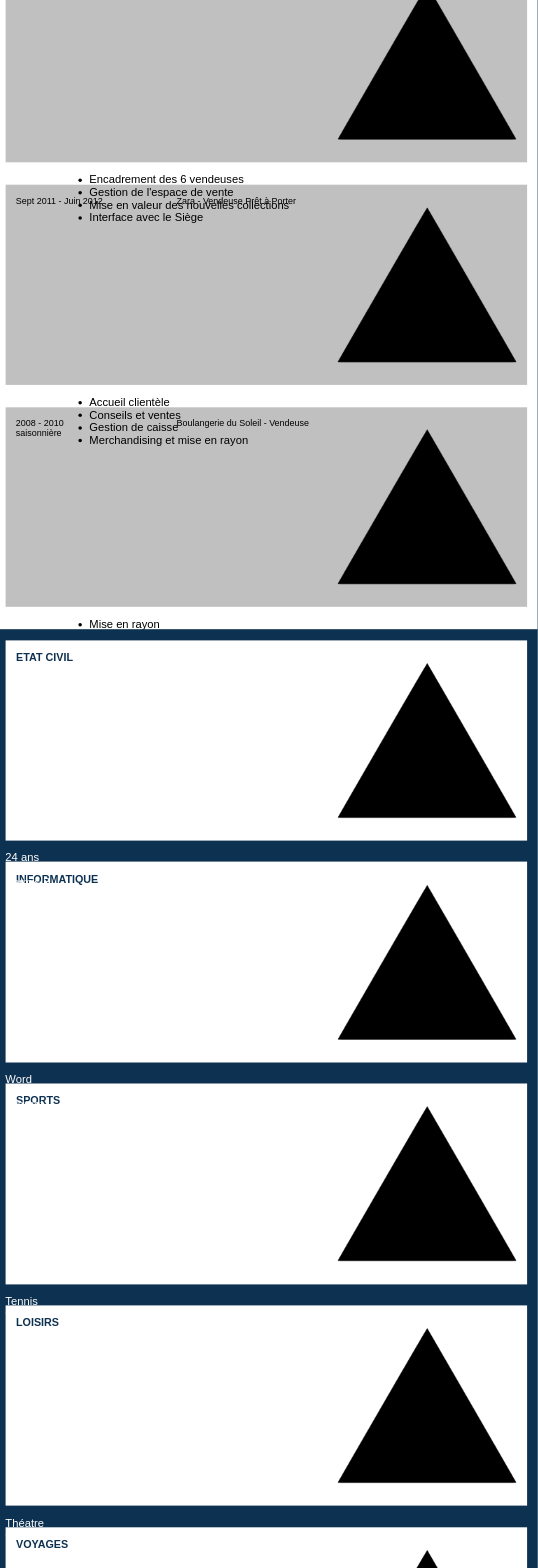
Repository: evalwebmeteofullstack/Gestion_meteo
Page: Notes/Exercices/static/ExoCV/CV.html
An editor plug-in stored every save of this project. The page is shown before and after the next save, followed by the edit.
The browser window is 768 px wide. The pictures show the part of the page from y = 467 to 2707 px (the page is 2987 px tall), at 70% of full size.

Above is the page before, as saved 2019-01-29 16:13:32.

### Notes/Exercices/static/ExoCV/CV.html
<!DOCTYPE html5>
<link rel="stylesheet" type="text/css" type="text/css"
	href="StyleCV.css" />
<meta charset="ISO-8859-1">
<meta name="viewport"
	content="user-scalable=no,initial-scale=1, minimum-scale=1, maximum-scale=1, width=device-width">
<html lang="fr">
<head>
<title>CV Alexandra Billu</title>
</head>
<body>
	<!-- *********************************************************************************** -->
	<!-- 								PREMIERE DIV 										-->
	<!-- *********************************************************************************** -->
	<header id="titre">
		<h1>Responsable Point de Vente Prêt à Porter</h1>
	</header>
	<!-- *********************************************************************************** -->
	<!-- 								DEUXIEME DIV 										-->
	<!-- *********************************************************************************** -->
	<div id="divID">
		<header id="imgObe">
			<img src="../Images/obelix-little.gif" />
		</header>
		<article>
			<header>
				<h2>Obelix POTTER</h2>
			</header>
			<p>12, rue Saint-Rome - 31000 Toulouse</p>
			<p>05 61 06 06 06</p>
			<p>06 62 43 56 12</p>
			<p>alex21.billu@gmail.com</p>
		</article>
	</div>
	<!-- *********************************************************************************** -->
	<!-- 								TROISIEME DIV 										-->
	<!-- *********************************************************************************** -->
	<div id="divPro">
		<!-- *********************************************************************************** -->
		<!-- 								SECTION 1 										-->
		<!-- *********************************************************************************** -->
		<section>
			<header>
				<h2>FORMATION</h2>
			</header>
			<article>
				<header>
					<span>Sept 2012 - Juin 2014</span> <span><b>BTS Commerce</b></span>
				</header>
				<p>En alternance à Toulouse</p>
			</article>
			<br />
			<article>
				<header>
					<span>Sept 2010 - Juin 2011</span> <span><b>Baccalauréat
							STMG</b></span>
				</header>
				<p>Lycée Emilie de Rodat à Toulouse</p>
			</article>
		</section>
		<!-- *********************************************************************************** -->
		<!-- 								SECTION 2 										-->
		<!-- *********************************************************************************** -->
		<section id="sectExp">
			<header>
				<h2>EXPERIENCES PROFESSIONNELLES</h2>
			</header>
			<article>
				<label for="CkExp1">
					<span>Jan 2014 - Juin 2014</span> <span>Desigual -
						Responsable Point de Vente</span><img class="triangle"
						src="../Images/triangle-png-6.png">
				</label>
				<input type="checkbox" id="CkExp1">
				<ul id="Ul1">
					<li>Encadrement des 6 vendeuses</li>
					<li>Gestion de l'espace de vente</li>
					<li>Mise en valeur des nouvelles collections</li>
					<li>Interface avec le Siège</li>
				</ul>
			</article>
			<article>
				<label for="CkExp2">
					<span>Sept 2011 - Juin 2012</span> <span>Zara - Vendeuse
						Prêt à Porter</span><img class="triangle"
						src="../Images/triangle-png-6.png">
				</label>
				<input type="checkbox" id="CkExp2">
				<ul id="Ul2">
					<li>Accueil clientèle</li>
					<li>Conseils et ventes</li>
					<li>Gestion de caisse</li>
					<li>Merchandising et mise en rayon</li>
				</ul>
			</article>
			<article>
				<label for="CkExp3">
					<span>2008 - 2010 <br />saisonnière
					</span> <span>Boulangerie du Soleil - Vendeuse</span> <img
						class="triangle" src="../Images/triangle-png-6.png">
				</label>
				<input type="checkbox" id="CkExp3">
				<ul id="Ul3">
					<li>Mise en rayon</li>
					<li>Vente</li>
					<li>Gestion de caisse</li>
				</ul>
			</article>
		</section>
	</div>
	<!-- *********************************************************************************** -->
	<!-- 								QUATRIEME DIV 										-->
	<!-- *********************************************************************************** -->
	<div id="divDivers">
		<!-- **********************************************************************************-->
		<!-- 								SECTION 1								-->
		<!-- *********************************************************************************** -->
		<article>
			<label for="CkCiv">ETAT CIVIL<img class="triangle"
				src="../Images/triangle-png-6.png">
			</label> <input type="checkbox" id="CkCiv">
			<div id="divPCiv">
				<p>24 ans</p>
				<p>Nationalité Française</p>
				<p>Permis B</p>
			</div>
		</article>
		<article>
			<label for="CkInfo">INFORMATIQUE<img class="triangle"
				src="../Images/triangle-png-6.png">
			</label> <input type="checkbox" id="CkInfo">
			<div id="divPInfo">
				<p>Word</p>
				<p>Excel</p>
				<p>Internet</p>
			</div>
		</article>
		<article>
			<label for="CkSport">SPORTS<img class="triangle"
				src="../Images/triangle-png-6.png">

			</label> <input type="checkbox" id="CkSport">
			<div id="divPSport">
				<p>Tennis</p>
				<p>Golf</p>
			</div>
		</article>
		<article>
			<label for="CkLoisir">LOISIRS<img class="triangle"
				src="../Images/triangle-png-6.png">
			</label><input type="checkbox" id="CkLoisir">
			<div id="divPLoisir">
				<p>Théatre</p>
				<p>Cinéma</p>
			</div>
		</article>
		<article>
			<label for="CkVoyage"> VOYAGES<img class="triangle"
				src="../Images/triangle-png-6.png">
			</label><input type="checkbox" id="CkVoyage">
			<div id="divPVoyage">
				<p>Brésil</p>
				<p>Australie</p>
				<p>Argentine</p>
			</div>
		</article>
	</div>
</body>
</html>

### Notes/Exercices/static/ExoCV/StyleCV.css
* {
	box-sizing: border-box;
}

body {
	display: flex;
	flex-direction: row;
	flex-wrap: wrap;
	justify-content: flex-end;
	width: 100%;
	margin: 0;
	font-family: sans-serif;
}

p {
	margin: 0%;
}

h1 {
	margin: 0;
}

#imgObe {
	text-align: center;
}

#imgObe img {
	border: 0.3em solid #c0c0c0;
	border-radius: 0.4em;
}

#titre {
	width: 80%;
	font-size: 1.5em;
	padding-left: 1%;
	margin-bottom: 18%;
}

#divID {
	display: flex;
	flex-direction: column;
	width: 20%;
	background-color: #0D3150;
	color: #ffffff;
	border-bottom: 2px solid #c0c0c0;
	padding-bottom: 1%;
	padding-top: 1%;
	padding-left: 1%;
}

#divID article {
	padding-top: 1%;
}

#divPro {
	display: flex;
	flex-direction: column;
	width: 80%;
	margin-top: -18%;
	padding-left: 1%;
	padding-right: 2%;
	left: 0;
}

#divPro p {
	margin-left: 10em;
}

div section h2 {
	color: #ffffff;
	background-color: #0D3150;
	padding-left: 1%;
	font-size: 1.8em;
}

#sectExp article label {
	background-color: #c0c0c0;
	display: flex;
	flex-direction: row;
}

#sectExp article span {
	width: 70%;
}

#sectExp article ul {
	margin-left: 5em;
}

#divDivers {
	display: flex;
	flex-direction: column;
	width: 20%;
	background-color: #0D3150;
	color: #ffffff;
	padding-left: 1%;
}

#divDivers label {
	color: #0D3150;
	background-color: #ffffff;
	margin-right: 2%;
	padding-left: 1%;
	font-size: 1.2em;
	font-weight: bold;
}

.triangle {
	height: 0;
	opacity: 0;
}

input[type=checkbox] {
	display: none;
}

@media screen and (min-width : 250px) and (max-width: 900px) {
	body {
		display: flex;
		flex-direction: column;
		font-size: 0.8em;
	}
	#divPro section header h2 {
		color: #ffffff;
		background-color: #0D3150;
		padding-left: 2%;
		font-size: 1.5em;
	}
	#sectExp article label {
		padding: 2%;
		margin-top: 2%;
		margin-bottom: 2%;
	}
	#imgObe {
		text-align: right;
		margin-right: 1%;
		background-color: pink;
	}
	#imgObe img {
		max-width: 100%;
		height: auto;
	}
	#titre {
		font-size: 1.2em;
		width: 100%;
		margin-bottom: 0%;
	}
	#divID {
		display: flex;
		flex-direction: row-reverse;
		justify-content: flex-end;
		width: 100%;
		color: black;
		background-color: #ffffff;
		border-bottom: 0;
	}
	#divID article {
		width: 80%;
	}
	#divID article header {
		color: #ffffff;
		background-color: #0D3150;
		padding-left: 2%;
		font-size: 1em;
	}
	#divPro {
		width: 100%;
		margin-top: 0%;
	}
	#divDivers {
		width: 100%;
	}
	#divDivers label {
		display: flex;
		justify-content: space-between;
		padding: 2%;
		margin-top: 2%;
		margin-bottom: 2%;
	}
	#sectExp article header {
		padding-right: 1%;
	}
	.triangle {
		height: 2%;
		opacity: 1;
	}

	#sectExp article
	#Ul1, #Ul2, #Ul3 {
		height: 0px;
		/*opacity: 0;*/
		transition: 1s;
		visibility: hidden;
	}
	#CkExp1:checked+#Ul1 {
		/*display: flex;
		flex-direction: column;*/
		height: 80px;
		/*opacity: 1;*/
		transition: 1s;
		visibility:visible;
	}
	#CkExp2:checked+#Ul2 {
		height: 80px;
		/*opacity: 1;*/
		transition: 1s;
		visibility: visible;
	}
	#CkExp3:checked+#Ul3 {
		height: 80px;
		/*opacity: 1;*/
		transition: 1s;
		visibility: visible;
	}
	#divDivers article
	#divPCiv, #divPInfo, #divPSport, #divPLoisir, #divPVoyage {
		height: 0;
		opacity: 0;
		transition: 1s;
	}
	#CkCiv:checked+#divPCiv {
		height: 80px;
		opacity: 1;
		transition: 1s;
	}
	#CkInfo:checked+#divPInfo {
		height: 80px;
		opacity: 1;
		transition: 1s;
	}
	#CkSport:checked+#divPSport {
		height: 80px;
		opacity: 1;
		transition: 1s;
	}
	#CkLoisir:checked+#divPLoisir {
		height: 80px;
		opacity: 1;
		transition: 1s;
	}
	#CkVoyage:checked+#divPVoyage {
		height: 80px;
		opacity: 1;
		transition: 1s;
	}
}

After the next save:
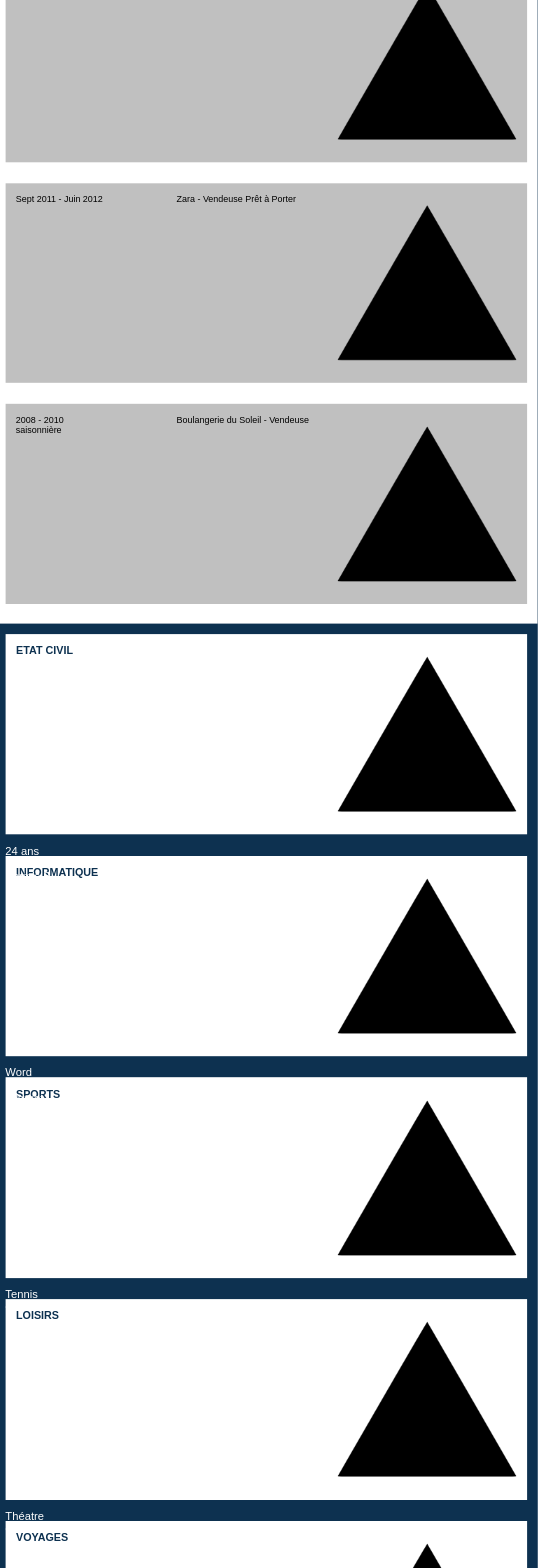
Saved 24 s later.
--- a/Notes/Exercices/static/ExoCV/StyleCV.css
+++ b/Notes/Exercices/static/ExoCV/StyleCV.css
@@ -189,7 +189,7 @@
 	#Ul1, #Ul2, #Ul3 {
 		height: 0px;
 		/*opacity: 0;*/
-		transition: 1s;
+		/*transition: 1s;*/
 		visibility: hidden;
 	}
 	#CkExp1:checked+#Ul1 {

After the save that followed:
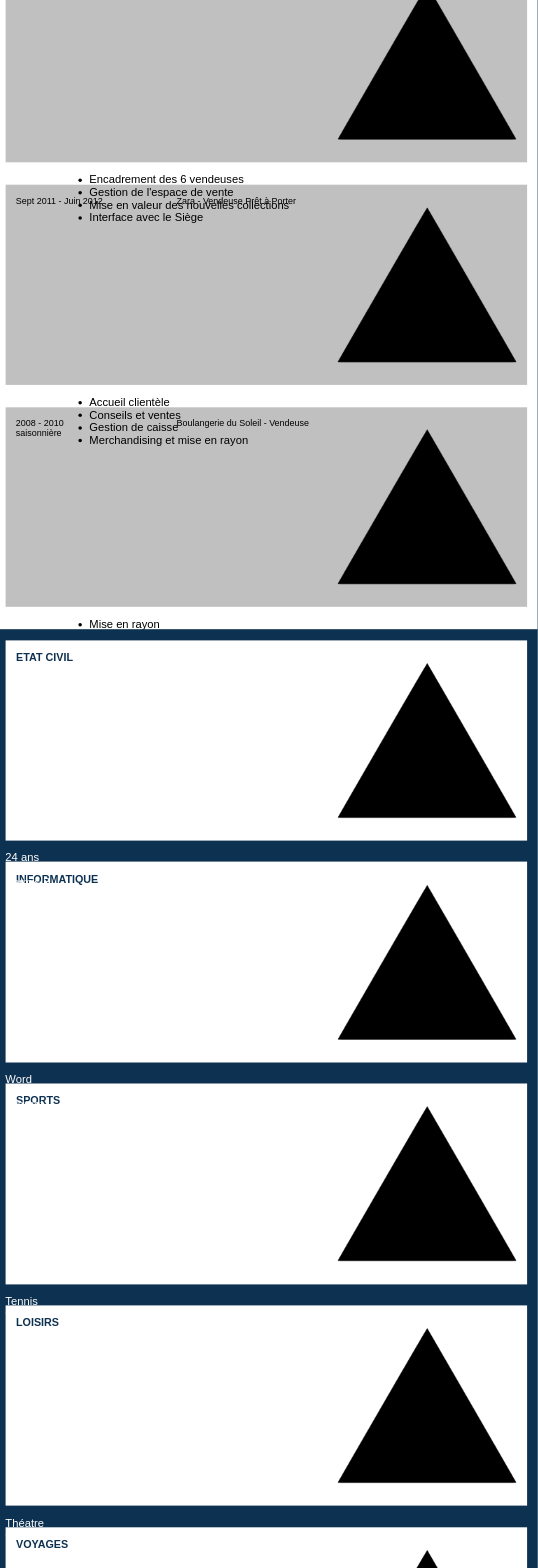
Saved 38 s later.
--- a/Notes/Exercices/static/ExoCV/StyleCV.css
+++ b/Notes/Exercices/static/ExoCV/StyleCV.css
@@ -189,7 +189,7 @@
 	#Ul1, #Ul2, #Ul3 {
 		height: 0px;
 		/*opacity: 0;*/
-		/*transition: 1s;*/
+		transition: 0.5s;
 		visibility: hidden;
 	}
 	#CkExp1:checked+#Ul1 {
